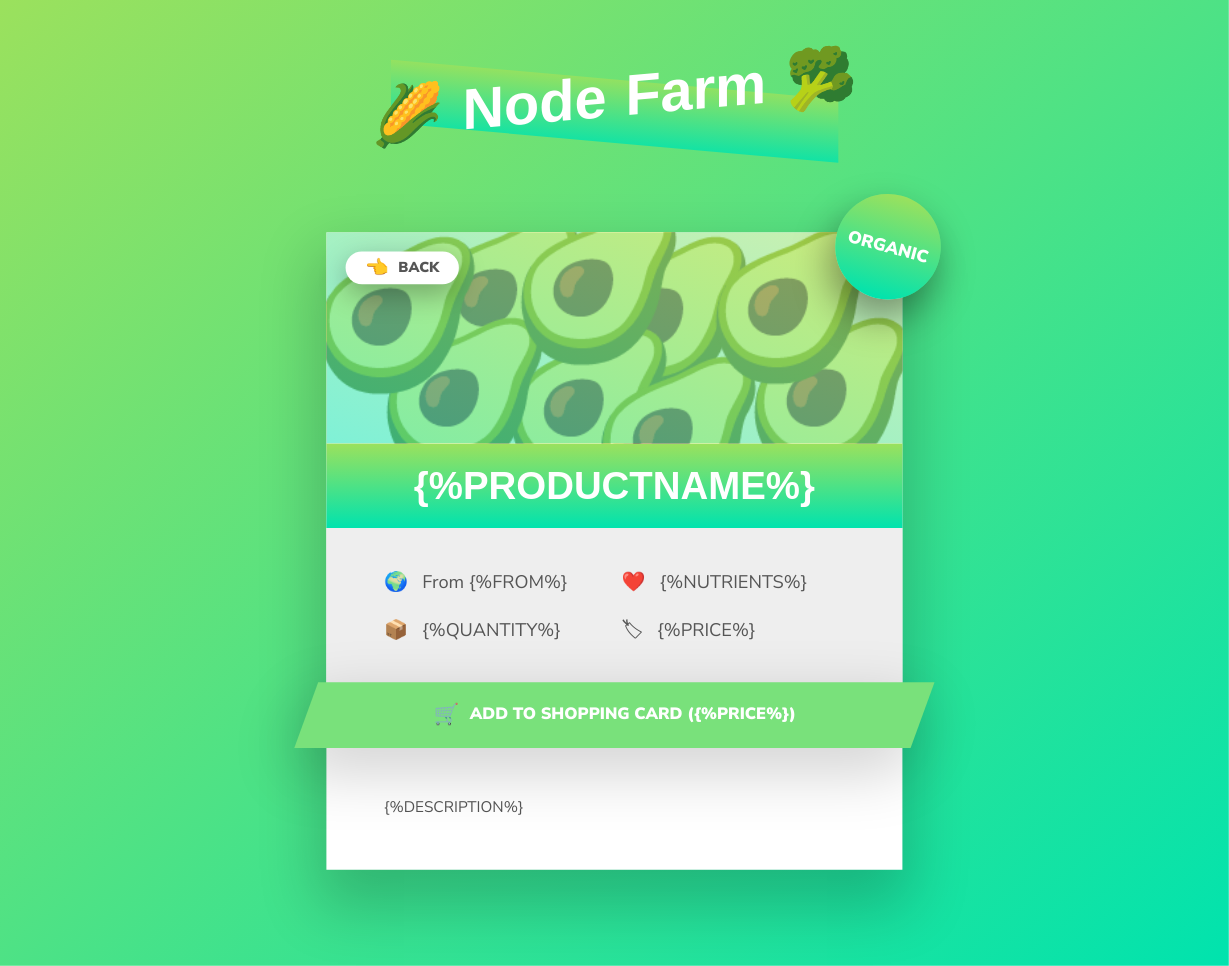
Repository: Tiantian-C/node2
Page: templates/product.html
These files come from the project's save history. The page is drawn as it stood at one moment and after a run of saves; the edit follows.
The browser window is 1280 px wide. The pictures show the whole page, at 96% of full size.
Some web fonts or font styles are not loaded; a fallback is used.

Above is the page before, as saved 2023-07-15 15:29:48.

After the next 4 saves:
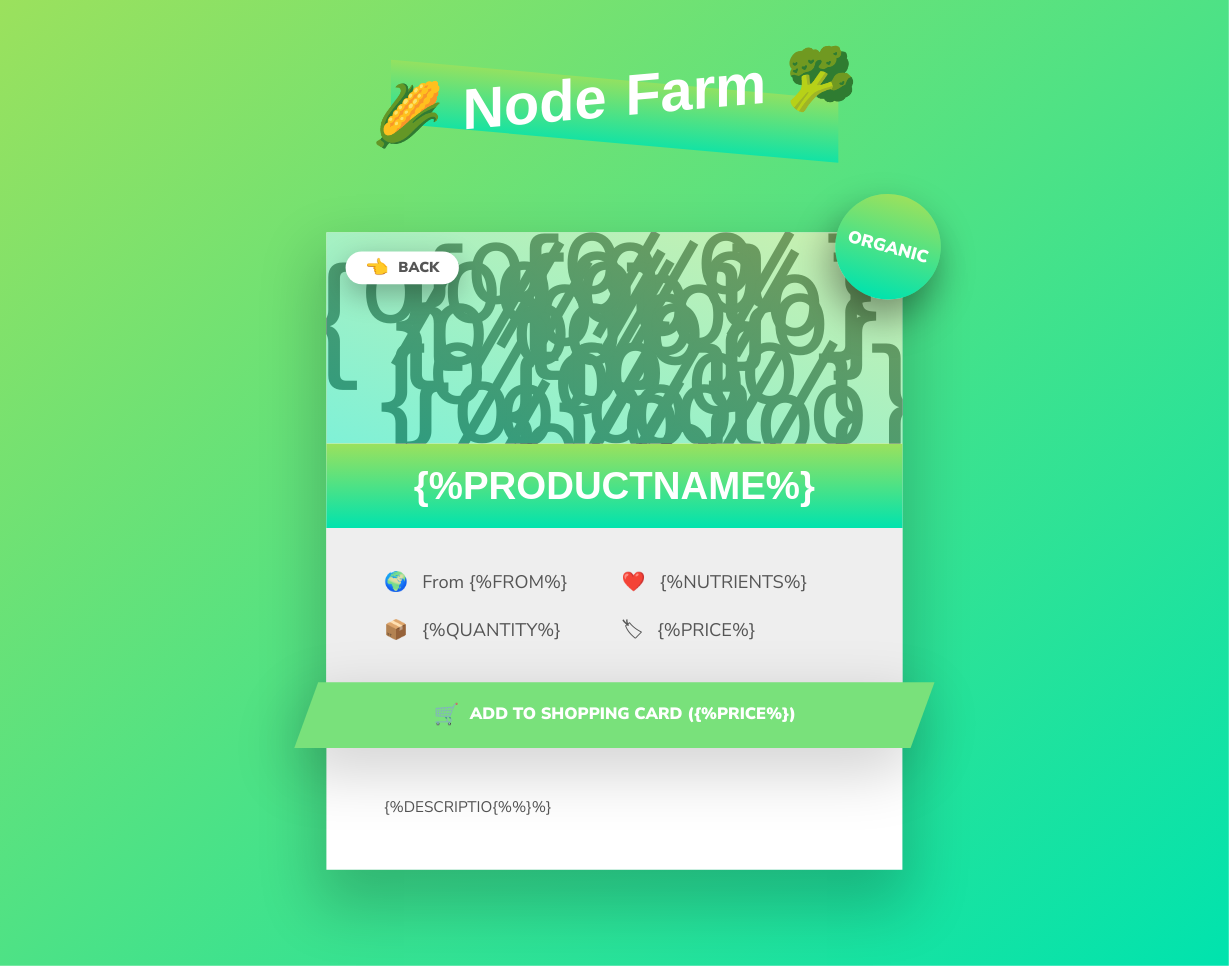
The 4 saves are shown as one change because they came seconds apart.
The last was saved 37 s later.
--- a/templates/product.html
+++ b/templates/product.html
@@ -275,15 +275,15 @@
           <span class="emoji-left">👈</span>Back
         </a>
         <div class="product__hero">
-          <span class="product__emoji product__emoji--1">🥑</span>
-          <span class="product__emoji product__emoji--2">🥑</span>
-          <span class="product__emoji product__emoji--3">🥑</span>
-          <span class="product__emoji product__emoji--4">🥑</span>
-          <span class="product__emoji product__emoji--5">🥑</span>
-          <span class="product__emoji product__emoji--6">🥑</span>
-          <span class="product__emoji product__emoji--7">🥑</span>
-          <span class="product__emoji product__emoji--8">🥑</span>
-          <span class="product__emoji product__emoji--9">🥑</span>
+          <span class="product__emoji product__emoji--1">{%%}</span>
+          <span class="product__emoji product__emoji--2">{%%}</span>
+          <span class="product__emoji product__emoji--3">{%%}</span>
+          <span class="product__emoji product__emoji--4">{%%}</span>
+          <span class="product__emoji product__emoji--5">{%%}</span>
+          <span class="product__emoji product__emoji--6">{%%}</span>
+          <span class="product__emoji product__emoji--7">{%%}</span>
+          <span class="product__emoji product__emoji--8">{%%}</span>
+          <span class="product__emoji product__emoji--9">{%%}</span>
         </div>
         <h2 class="product__name">{%PRODUCTNAME%}</h2>
         <div class="product__details">
@@ -299,7 +299,7 @@
         </a>
 
         <p class="product__description">
-        {%DESCRIPTION%}
+        {%DESCRIPTIO{%%}%}
         </p>
       </figure>
     </div>
